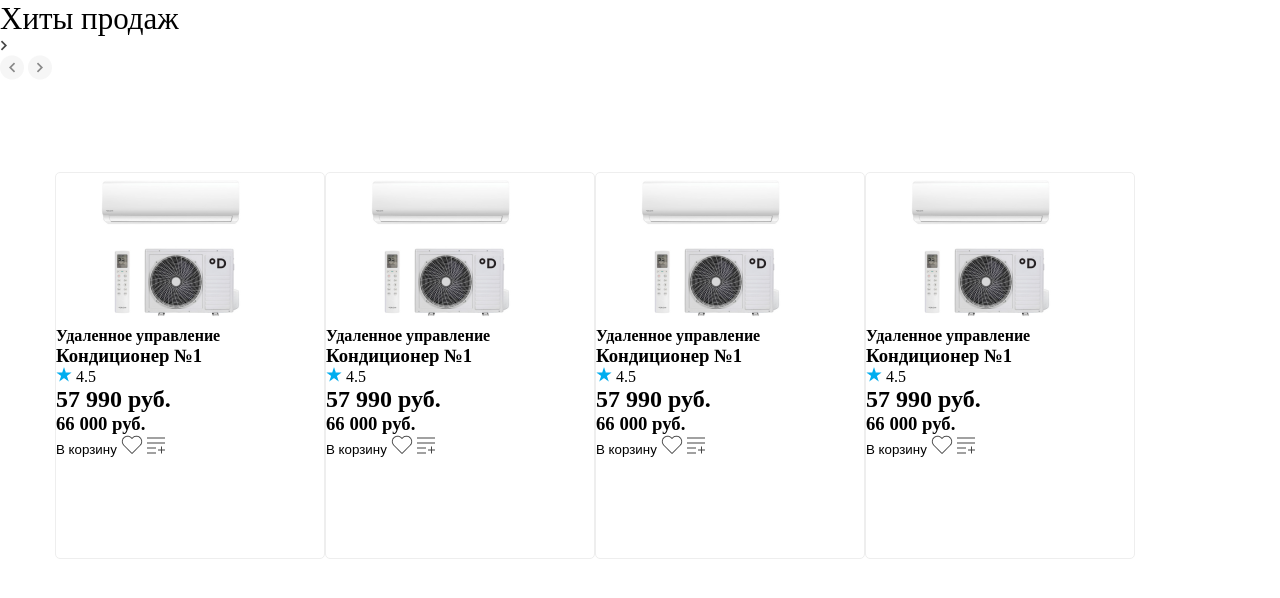
Repository: NikaMana/us
Page: index.html
An editor plug-in stored every save of this project. The page is shown before and after the next save, followed by the edit.
The browser window is 1280 px wide. The pictures show the whole page.

Above is the page before, as saved 2021-09-15 15:24:50.

After the next save:
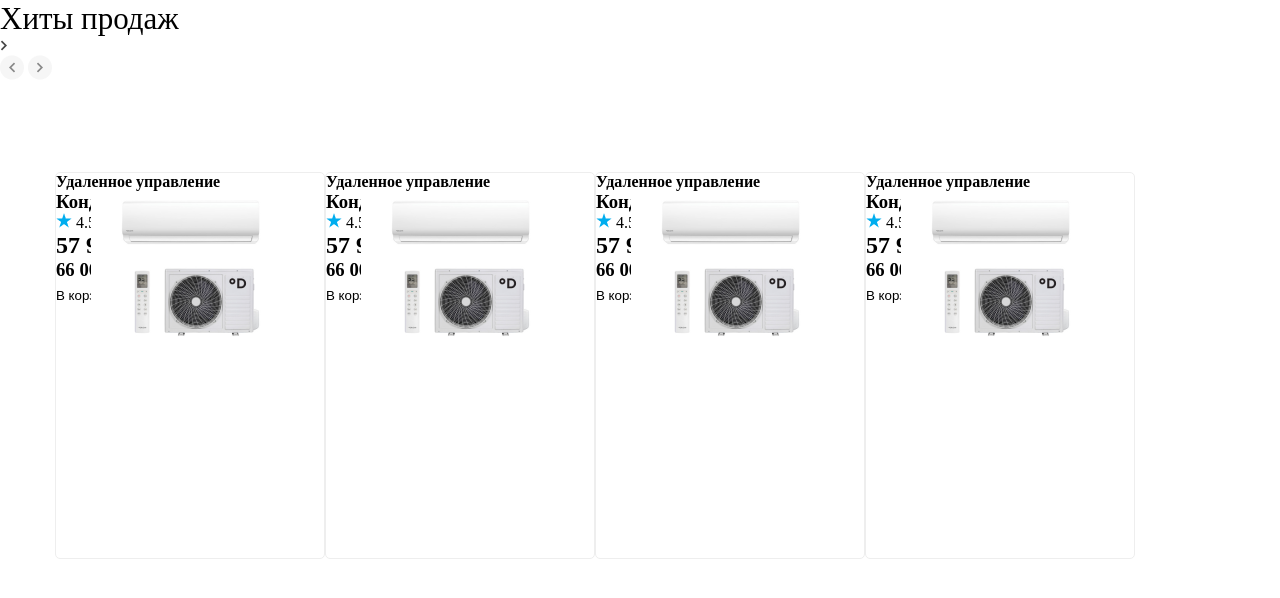
Saved 17 s later.
--- a/styles.css
+++ b/styles.css
@@ -48,5 +48,9 @@
 border-radius: 5px;
 }
 .welcome__pic{
-
+  position: absolute;
+height: 150px;
+left: 20px;
+right: 20px;
+top: 20px;
 }

After the save that followed:
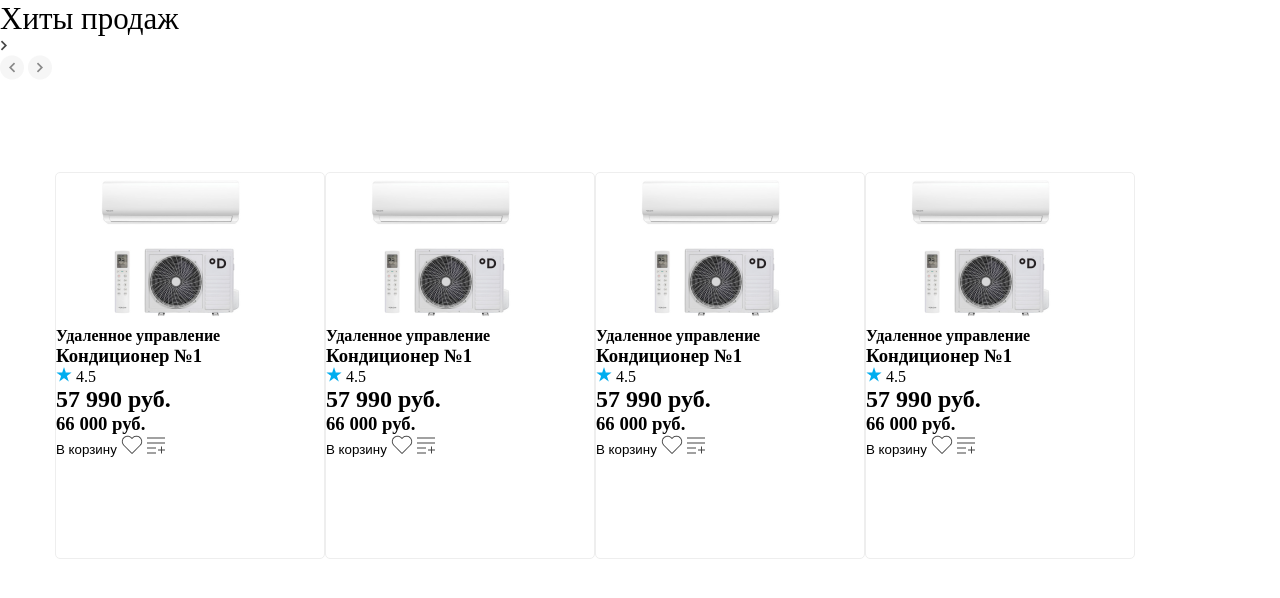
Saved 16 s later.
--- a/styles.css
+++ b/styles.css
@@ -48,7 +48,6 @@
 border-radius: 5px;
 }
 .welcome__pic{
-  position: absolute;
 height: 150px;
 left: 20px;
 right: 20px;
